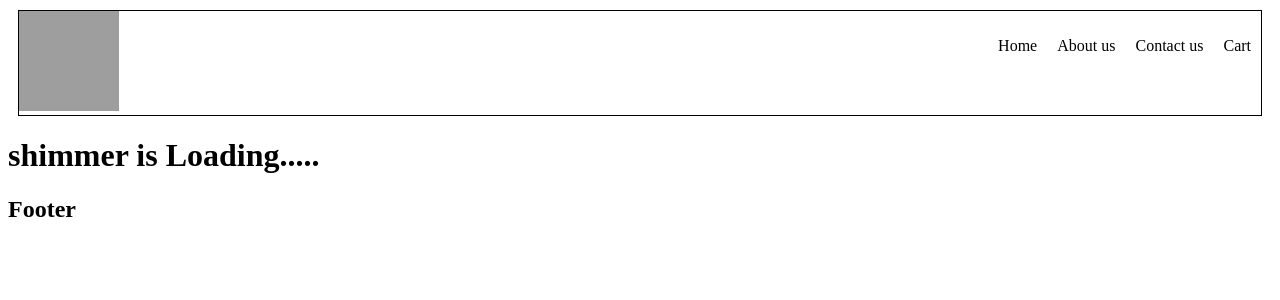
Repository: shivamv97/FOOD-VILLA-APP
Page: /
These files come from the project's save history. The page is drawn as it stood at one moment and after the next save; the edit follows.
The browser window is 1280 px wide. The pictures show the whole page.
Pictures or frames that could not be fetched are drawn as grey boxes. The page's requests for data from a server got no answer. The project was rebuilt for these pictures with package versions that can differ from the ones it lists, and the page was loaded fresh each time. No one was signed in, and anything a server would have sent is missing. Also part of the build but not shown: src/components/RestaurantCards.js.

Above is the page before, as saved 2024-07-26 19:51:40.

After the next save:
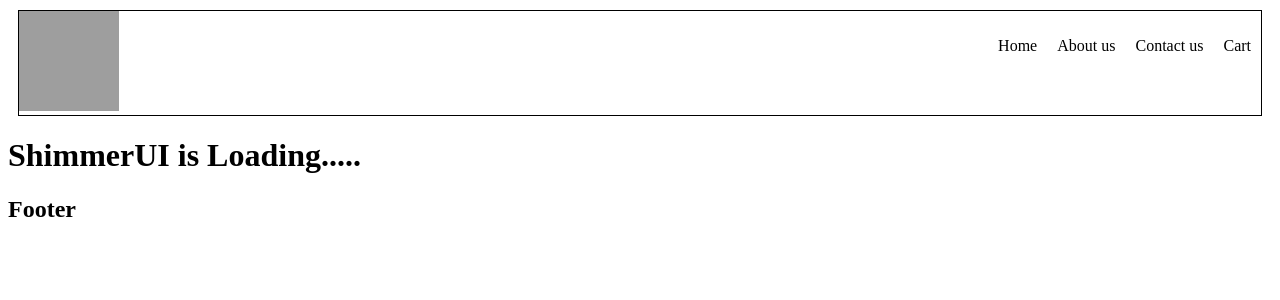
Saved 3 min 49 s later.
--- a/src/components/shimmer.js
+++ b/src/components/shimmer.js
@@ -1,5 +1,5 @@
 const Shimmer = () => {
-  return <h1>shimmer is Loading.....</h1>;
+  return <h1>ShimmerUI is Loading.....</h1>;
 };
 
 export default Shimmer;
